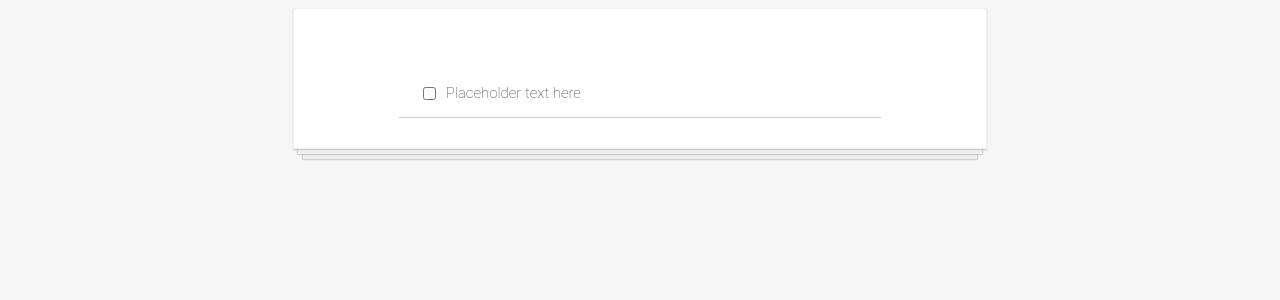
Repository: Bartolomeuss/ReactToDoAPP
Page: / (app in scrimba-to-do-app/)
The author's editor kept a copy of each file at every save. The page is drawn from the files as they stood at one save, then again after the next save.
The browser window is 1280 px wide. The pictures show the whole page.
The project was rebuilt for these pictures with package versions that can differ from the ones it lists, and the page was loaded fresh each time.

Above is the page before, as saved 2021-05-17 20:07:52.

### scrimba-to-do-app/src/App.js
import React from "react"
import TodoItem from "./TodoItem"
import todosData from "./todosData"

function App() {
const test ={
  thing: "wash",
  id: 0
}

    return (
        <div className="todo-list">
            <TodoItem test/>

        </div>
    )
}

export default App

### scrimba-to-do-app/src/TodoItem.js
import React from "react"

function TodoItem() {
    return (
        <div className="todo-item">
            <input type="checkbox" />
            <p>Placeholder text here</p>
        </div>
    )
}

export default TodoItem

### scrimba-to-do-app/src/todosData.js
const todosData = [
    {
        id: 1,
        text: "Take out the trash",
        completed: true
    },
    {
        id: 2,
        text: "Grocery shopping",
        completed: false
    },
    {
        id: 3,
        text: "Clean gecko tank",
        completed: false
    },
    {
        id: 4,
        text: "Mow lawn",
        completed: true
    },
    {
        id: 5,
        text: "Catch up on Arrested Development",
        completed: false
    }
]

export default todosData

### scrimba-to-do-app/public/style.css
body {
  background-color: whitesmoke;
}

.todo-list {
  background-color: white;
  margin: auto;
  width: 50%;
  display: flex;
  flex-direction: column;
  align-items: center;
  border: 1px solid #efefef;
  box-shadow:
  /* The top layer shadow */ 0 1px 1px rgba(0, 0, 0, 0.15),
    /* The second layer */ 0 10px 0 -5px #eee,
    /* The second layer shadow */ 0 10px 1px -4px rgba(0, 0, 0, 0.15),
    /* The third layer */ 0 20px 0 -10px #eee,
    /* The third layer shadow */ 0 20px 1px -9px rgba(0, 0, 0, 0.15);
  padding: 30px;
}

.todo-item {
  display: flex;
  justify-content: flex-start;
  align-items: center;
  padding: 30px 20px 0;
  width: 70%;
  border-bottom: 1px solid #cecece;
  font-family: Roboto, sans-serif;
  font-weight: 100;
  font-size: 15px;
  color: #333333;
}

input[type="checkbox"] {
  margin-right: 10px;
  font-size: 30px;
}

input[type="checkbox"]:focus {
  outline: 0;
}

Loaded but not shown: scrimba-to-do-app/public/index.html (common file); scrimba-to-do-app/src/index.js (common file)

After the next save:
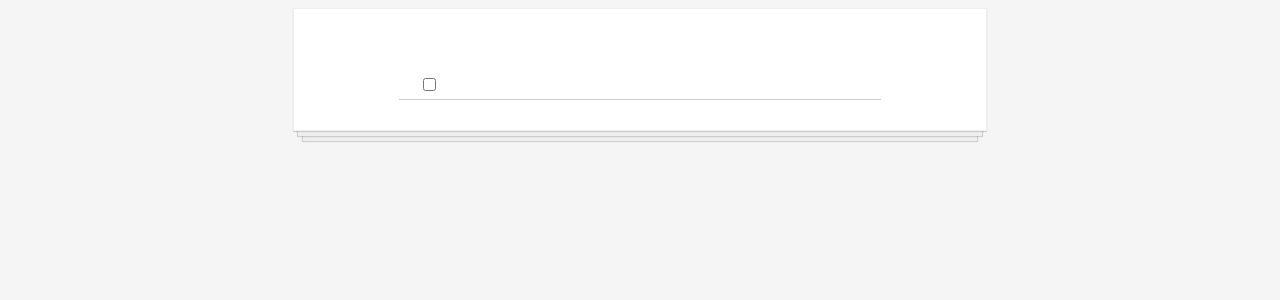
Saved 41 s later.
--- a/scrimba-to-do-app/src/TodoItem.js
+++ b/scrimba-to-do-app/src/TodoItem.js
@@ -1,10 +1,10 @@
 import React from "react"
 
-function TodoItem() {
+function TodoItem(props) {
     return (
         <div className="todo-item">
             <input type="checkbox" />
-            <p>Placeholder text here</p>
+            <p>{props.thing}</p>
         </div>
     )
 }

After the 3 saves that followed:
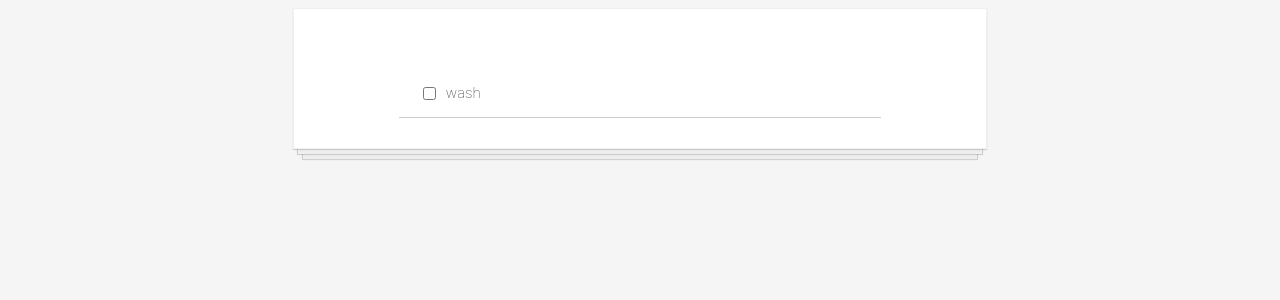
The 3 saves are shown as one change because 2 left the picture as it was.
The last was saved 7 min 29 s later.
--- a/scrimba-to-do-app/src/App.js
+++ b/scrimba-to-do-app/src/App.js
@@ -3,14 +3,11 @@ import TodoItem from "./TodoItem"
 import todosData from "./todosData"
 
 function App() {
-const test ={
-  thing: "wash",
-  id: 0
-}
+
 
     return (
         <div className="todo-list">
-            <TodoItem test/>
+            <TodoItem thing= "wash"/>
 
         </div>
     )
